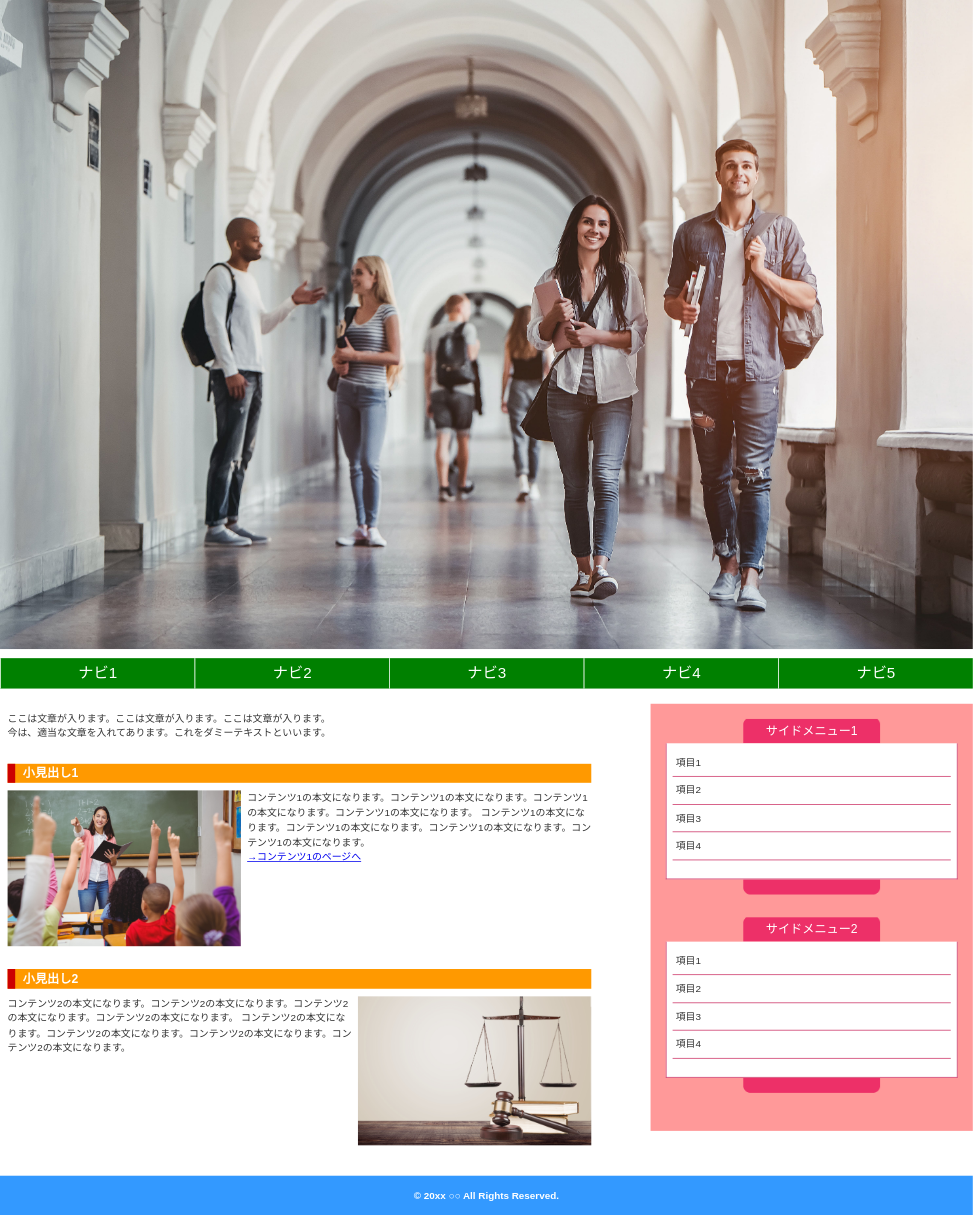
Repository: reys0812/samurai_HTML-CSS
Page: index.html
The author's editor kept a record of every edit. The page is drawn from the files as they stood at one moment, then again after the next edit.
The browser window is 1280 px wide. The pictures show the whole page, at 76% of full size.
The pointer rests on the first visible `#nav ul li a`.

Above is the page before.

### index.html
<!DOCTYPE html>
<html lang="ja">
    <head>
        <meta charset="UTF-8">
        <title>HTML/CSSの学習</title>
        <link rel="stylesheet" href="stylesheet.css">
    </head>
    <body>
        <div id="header">
            <h1><a href="index.html"><img id="corridor" src="images/corridor.jpg" alt="大学の廊下"></a></h1>
        </div>
        <div id="wrapper">
            <div id="nav">
                <ul>
                    <li><a href="home.html">ナビ1</a></li>
                    <li><a href="#">ナビ2</a></li>
                    <li><a href="#">ナビ3</a></li>
                    <li><a href="#">ナビ4</a></li>
                    <li><a href="#">ナビ5</a></li>
                </ul>
            </div>
        <div id ="container">
            <div id="main">
                <div class="post">
                    <p>ここは文章が入ります。ここは文章が入ります。ここは文章が入ります。<br />今は、適当な文章を入れてあります。これをダミーテキストといいます。</p>
                </div>
                <div class="post clearfix">
                    <h2>小見出し1</h2>
                    <img class="left" src="images/classroom.jpg" alt="授業風景" />
                    <p>
                        コンテンツ1の本文になります。コンテンツ1の本文になります。コンテンツ1の本文になります。コンテンツ1の本文になります。
                        コンテンツ1の本文になります。コンテンツ1の本文になります。コンテンツ1の本文になります。コンテンツ1の本文になります。
                    </p>
                    <p>
                    <a href="#">→コンテンツ1のページへ</a>
                    </p>
                </div>
                <div class="post clearfix">
                    <h2>小見出し2</h2>
                    <img class="right" src="images/scale.jpg" alt="天秤" />
                    <p>
                    コンテンツ2の本文になります。コンテンツ2の本文になります。コンテンツ2の本文になります。コンテンツ2の本文になります。
                    コンテンツ2の本文になります。コンテンツ2の本文になります。コンテンツ2の本文になります。コンテンツ2の本文になります。
                    </p>
                </div>
            </div>
            <div id="side">
                <div class="box">
                    <h2>サイドメニュー1</h2>
                    <div class="boxBody">
                        <ul>
                            <li>項目1</li>
                            <li>項目2</li>
                            <li>項目3</li>
                            <li>項目4</li>
                        </ul>
                    </div>
                </div>
                <div class="box">
                    <h2>サイドメニュー2</h2>
                    <div class="boxBody">
                    <ul>
                        <li>項目1</li>
                        <li>項目2</li>
                        <li>項目3</li>
                        <li>項目4</li>
                        </ul>
                    </div>
                </div>
            </div>
        </div>
        <div id="footer">
            <p>&copy 20xx ○○ All Rights Reserved.</p>
        </div>
    </body>
</html>

### stylesheet.css
@charset "UTF-8";

body {
    margin: 0;
    padding: 0;
    font-family: "ヒラギノ角ゴ Pro W3", "Hiragino Kaku Gothic Pro", "メイリオ", Meiryo, Osaka, "ＭＳ Ｐゴシック", "MS PGothic", sans-serif;
    color: #333;
    font-size: 13px;
    line-height: 150%;
}

/* -------------------- wrapper -------------------- */
#wrapper {
  width: 100%;
  margin: auto;
  padding: 0px;
  border: 0px;
  background-color: #fff;
  top: 10px;
  position: relative;
}
/* -------------------- header -------------------- */
#header {
  width: 100%;
}
#header h1 {
  margin: 0;
  padding: 0;
}

#corridor {
  width: 100%;
  height: auto;
}
/* -------------------- footer -------------------- */
#footer {
  clear: both;
  width: 100%;
  padding: 3px 0 3px 0;
  background: #39F;
  color: #FFF;
  font-weight: bold;
  text-align: center;
}
/* -------------------- nav -------------------- */
#nav {
  width: 100%;
}
#nav ul {
  margin: 0;
  padding: 0;
  list-style-type: none;
}
#nav ul li {
  float: left;
  width: 20%;
  text-align: center;
}
#nav ul li a {
  display: block;
  height: 20px;
  margin: 0;
  padding: 10px;
  color: #FFF;
  font-size: 20px;
  text-decoration: none;
  background-color: green;
  border-left: 1px solid white;
}
/* -------------------- container -------------------- */
#container {
  width: 100%;
  margin: auto;
  padding-top: 20px;
  clear: both;
}
/* -------------------- main -------------------- */
#main {
  float: left;
  width: 60%;
  padding: 10px 30px 10px 10px;
}
#main h2 {
  margin: 0 0 10px 0;
  padding: 3px 10px 3px 10px;
  color: #FFF;
  font-size: 16px;
  border-left: solid 10px #C00;
  background-color: #F90;
}
#main p {
  margin: 0;
  padding: 0;
}
#main .post{
  margin: 0 0 30px 0;
}
#main .post img.right{
  margin: 0 0 0 8px;
}
#main .post img.left{
  margin: 0 8px 0 0;
}
.right {
  float: right;
  width: 40%;
  height: auto;
}
.left {
  float: left;
  width: 40%;
  height: auto;
}
/* -------------------- clearfix -------------------- */
.clearfix {
  zoom: 1;
}
.clearfix:after {
  content: "";
  display: block;
  clear: both;
}
/* -------------------- side -------------------- */
#side {
  float: right;
  width: 30%;
  padding: 20px;
  background-color: #F99;
}
#side .box{
  margin: 0 auto 30px auto;
  padding: 0 0 20px 0;
  background: url(images/side_box.png) bottom no-repeat;
}
#side .box h2 {
  margin: 0;
  padding: 8px;
  text-align: center;
  color: #fff;
  font-size: 16px;
  line-height: 16px;
  font-weight: normal;
  background: url(images/side_box_h2.png) center no-repeat;
}
#side .box .boxBody {
  padding: 8px;
  border-right: solid 1px #C36;
  border-bottom: solid 1px #C36;
  border-left: solid 1px #C36;
  background: #fff;
}
#side .box .boxBody ul {
  margin: 0 0 16px 0;
  padding: 0;
}
#side .box .boxBody ul li {
  padding: 8px 0 8px 4px;
  list-style: none;
  border-bottom: solid 1px #C36;
}

After the next edit:
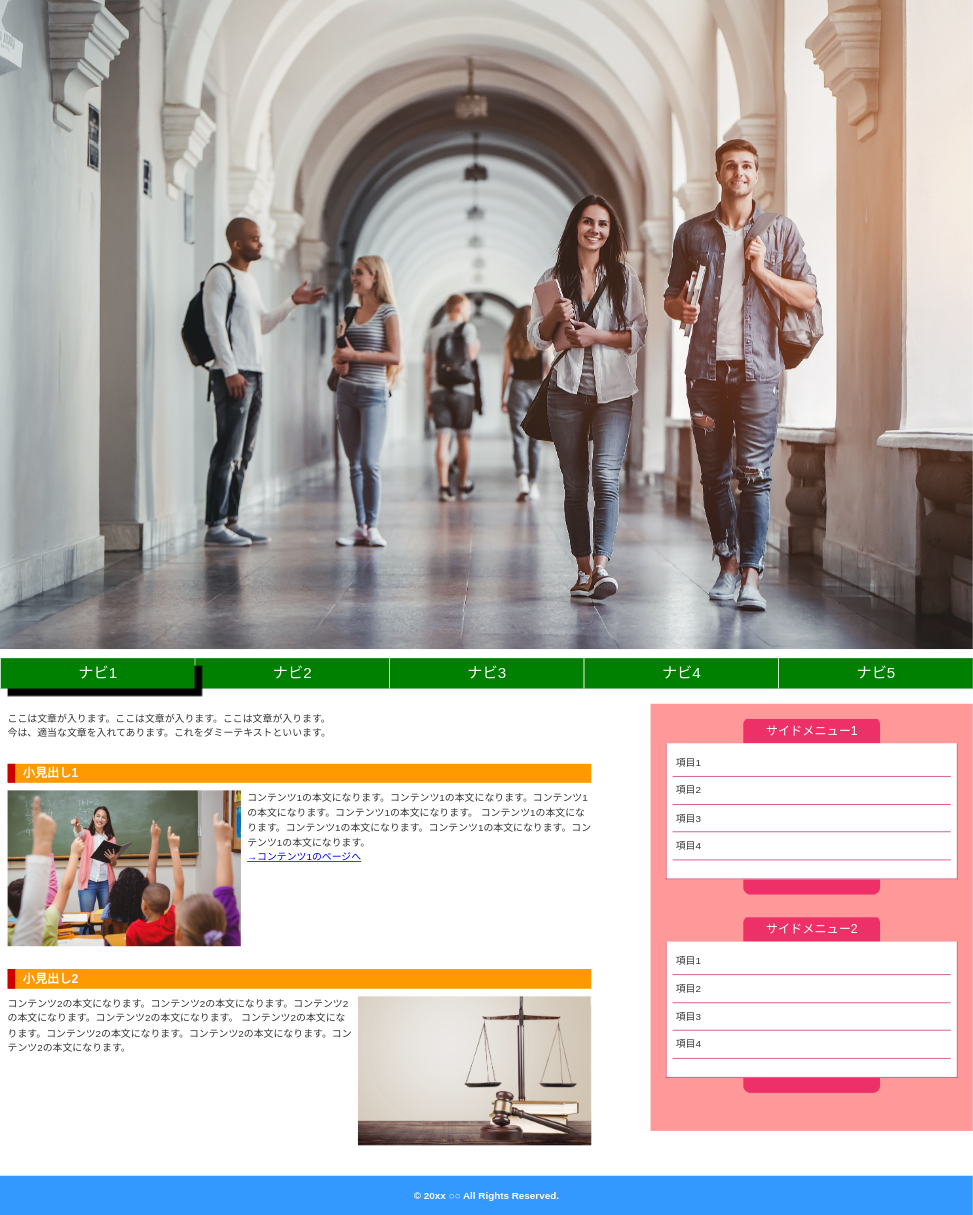
The edit:
--- a/stylesheet.css
+++ b/stylesheet.css
@@ -66,6 +66,9 @@
   text-decoration: none;
   background-color: green;
   border-left: 1px solid white;
+}
+#nav ul li a:hover {
+  filter: drop-shadow(10px 10px black);
 }
 /* -------------------- container -------------------- */
 #container {
